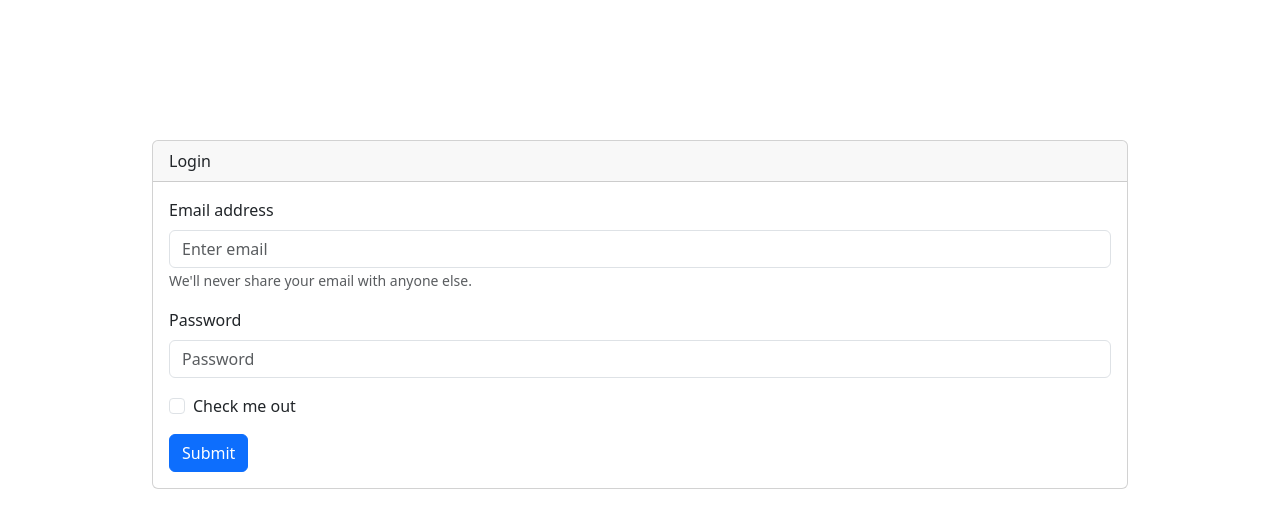
Repository: trider/react-task-app
Page: /
The author's editor kept a copy of each file at every save. The page is drawn from the files as they stood at one save, then again after the next save.
The browser window is 1280 px wide. The pictures show the whole page.
The project was rebuilt for these pictures with package versions that can differ from the ones it lists, and the page was loaded fresh each time.

Above is the page before, as saved 2024-05-02 15:58:09.

### src/App.js

import 'bootstrap/dist/css/bootstrap.min.css';
import Container from 'react-bootstrap/Container';



import LoginForm from "./pages/Login";



let App = () => {
  return (
    <div style={{padding:"140px"}}>
       <Container fluid>
          <LoginForm />
       </Container>

    </div>


  );
}


export default App;

### src/pages/Login.js

import Button from 'react-bootstrap/Button';
import Form from 'react-bootstrap/Form';
import Card from 'react-bootstrap/Card';





const LoginForm =()=> {
  return (
  <Card header-bg='primary'>
    <Card.Header >Login</Card.Header>
    <Card.Body>
    <Form>
      <Form.Group className="mb-3" controlId="formBasicEmail">
        <Form.Label>Email address</Form.Label>
        <Form.Control type="email" placeholder="Enter email" />
        <Form.Text className="text-muted">
          We'll never share your email with anyone else.
        </Form.Text>
      </Form.Group>

      <Form.Group className="mb-3" controlId="formBasicPassword">
        <Form.Label>Password</Form.Label>
        <Form.Control type="password" placeholder="Password" />
      </Form.Group>
      <Form.Group className="mb-3" controlId="formBasicCheckbox">
        <Form.Check type="checkbox" label="Check me out" />
      </Form.Group>
      <Button variant="primary" type="submit">
        Submit
      </Button>
    </Form>
    </Card.Body>
  </Card>

  );
}

export default LoginForm;

Loaded but not shown: public/index.html (common file); src/index.js (common file); src/index.css (common file); src/reportWebVitals.js (common file)

After the next save:
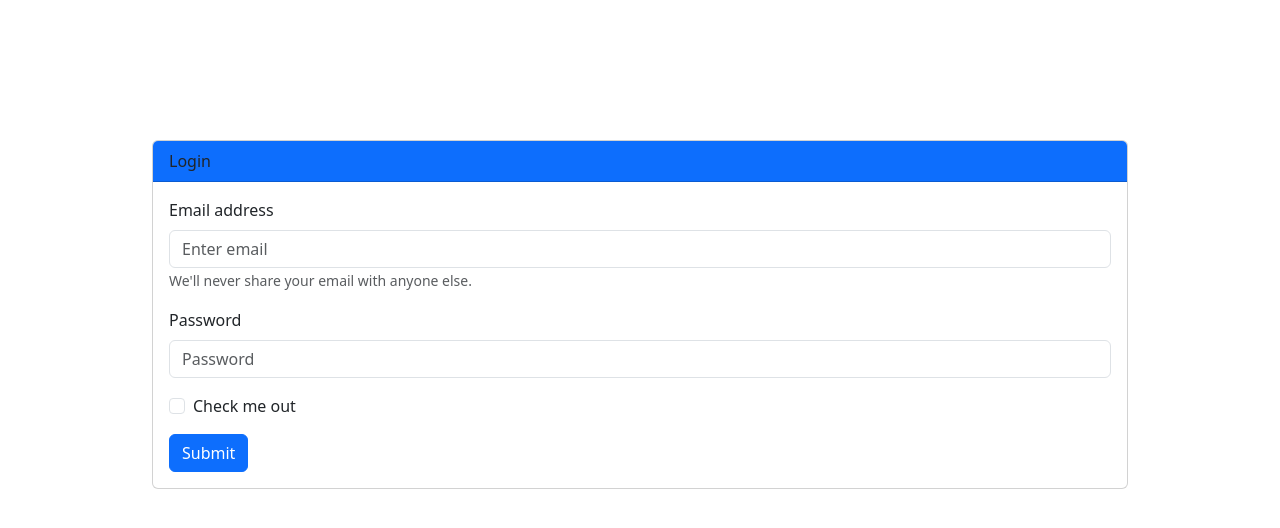
Saved 2 min 30 s later.
--- a/src/pages/Login.js
+++ b/src/pages/Login.js
@@ -9,8 +9,8 @@ import Card from 'react-bootstrap/Card';
 
 const LoginForm =()=> {
   return (
-  <Card header-bg='primary'>
-    <Card.Header >Login</Card.Header>
+  <Card>
+    <Card.Header className='bg-primary' >Login</Card.Header>
     <Card.Body>
     <Form>
       <Form.Group className="mb-3" controlId="formBasicEmail">
